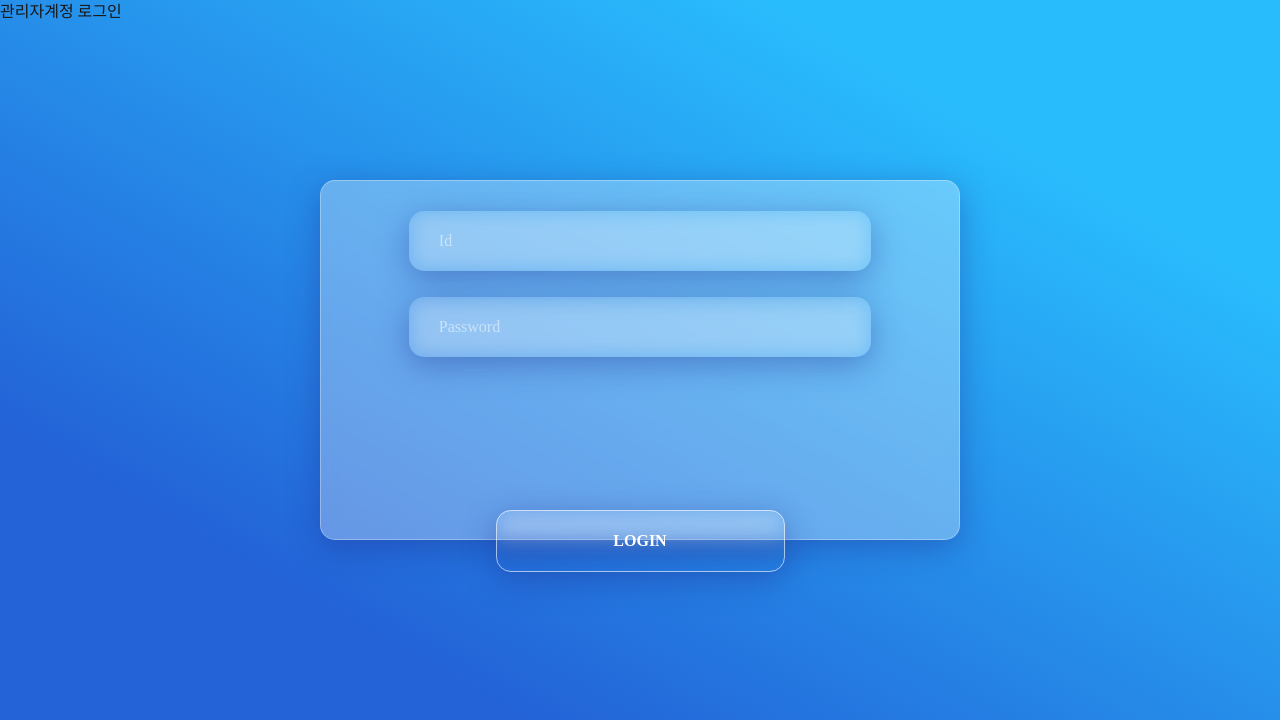
Repository: LEEYONGJUN3068/cms
Page: /login
An editor plug-in stored every save of this project. The page is shown before and after the next save, followed by the edit.
The browser window is 1280 px wide. The pictures show the whole page.
The page's requests for data from a server got no answer. The project was rebuilt for these pictures with package versions that can differ from the ones it lists, and the page was loaded fresh each time. The framework's server and built-in components were replaced by stand-ins that run in the browser. No one was signed in, and anything a server would have sent is missing. Also part of the build but not shown: next.config.mjs.

Above is the page before, as saved 2025-09-23 14:23:09.

After the next save:
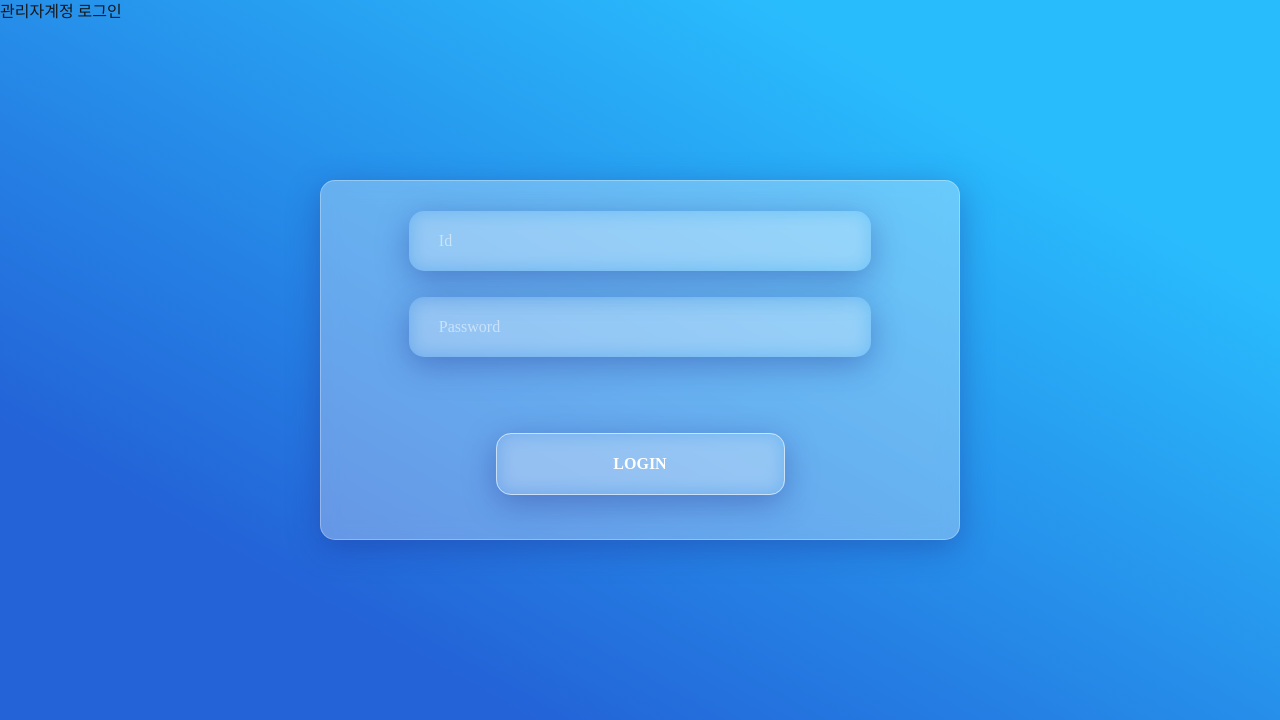
Saved 12 min 44 s later.
--- a/src/app/login/login.module.scss
+++ b/src/app/login/login.module.scss
@@ -56,7 +56,7 @@
             padding: 30px;
             font-weight: bold;
             color: white;
-            margin-top: 10vw;
+            margin-top: 4vw;
 
             &:hover{
                 background-color: #fff;
